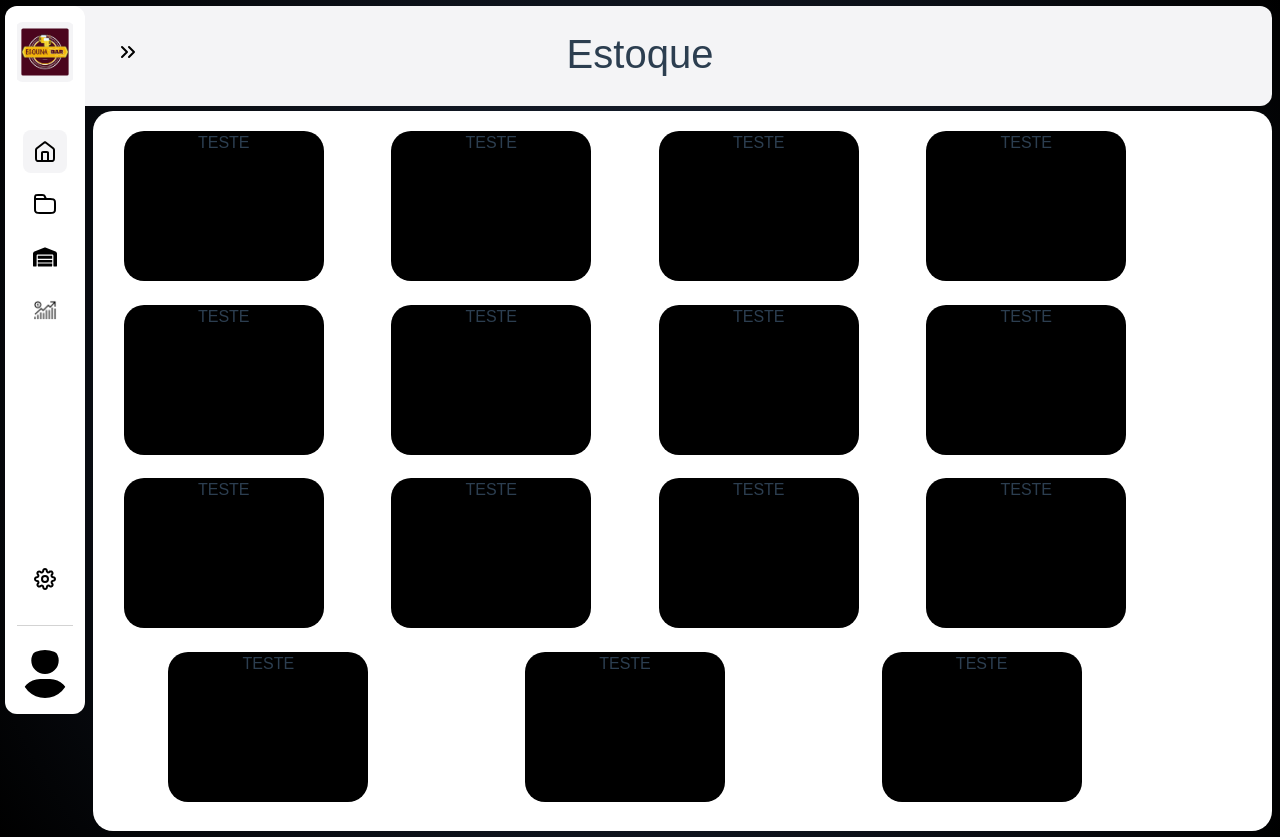
Repository: jazaoo13/Projeto_Oficina_Integracao
Page: / (app in Aplicacao_vue/)
An editor plug-in stored every save of this project. The page is shown before and after the next save, followed by the edit.
The browser window is 1280 px wide. The page is 1280 px wide, then 1287 px, so the pictures cover 1287 px, including what lies to the right of the window. The pictures show the whole page.
The page's requests for data from a server got no answer. The project was rebuilt for these pictures with package versions that can differ from the ones it lists, and the page was loaded fresh each time. No one was signed in, and anything a server would have sent is missing. Also part of the build but not shown: Aplicacao_vue/vue.config.js, Aplicacao_vue/src/View/jazao.vue.

Above is the page before, as saved 2023-11-19 17:12:57.

### Aplicacao_vue/public/index.html
<!DOCTYPE html>
<html lang="">
  <head>
    <meta charset="utf-8">
    <meta name="viewport" content="width=device-width, initial-scale=1">
    <meta http-equiv="X-UA-Compatible" content="IE=edge">
    <meta name="viewport" content="width=device-width,initial-scale=1.0">
    <link rel="icon" href="<%= BASE_URL %>favicon.ico">
    <link href="https://cdn.jsdelivr.net/npm/bootstrap@5.3.2/dist/css/bootstrap.min.css" rel="stylesheet" integrity="sha384-T3c6CoIi6uLrA9TneNEoa7RxnatzjcDSCmG1MXxSR1GAsXEV/Dwwykc2MPK8M2HN" crossorigin="anonymous">
    <title>Controle de Bebidas</title>
  </head>
  <body>
    <script src="https://cdn.jsdelivr.net/npm/bootstrap@5.3.2/dist/js/bootstrap.bundle.min.js" integrity="sha384-C6RzsynM9kWDrMNeT87bh95OGNyZPhcTNXj1NW7RuBCsyN/o0jlpcV8Qyq46cDfL" crossorigin="anonymous"></script>
    <div id="app"></div>
    <!-- built files will be auto injected -->
  </body>
</html>

### Aplicacao_vue/src/main.js
import Vue from 'vue'
import App from './App.vue'
import {BootstrapVue, IconsPlugin} from 'bootstrap-vue';
import 'font-awesome/css/font-awesome.css';
import 'bootstrap-vue/dist/bootstrap-vue.css'
import 'bootstrap/dist/css/bootstrap.css'
import router from './router'
import Vuex from 'vuex'
import store from './store'

Vue.config.productionTip = false
Vue.use(BootstrapVue);
Vue.use(IconsPlugin);
Vue.use(Vuex);

new Vue({
  router,
  store,
  render: h => h(App)
}).$mount('#app')

### Aplicacao_vue/src/App.vue
<template>
  <div id="app">
    <router-view/>
  </div>
</template>

<style lang="scss">
#app {
  font-family: Avenir, Helvetica, Arial, sans-serif;
  -webkit-font-smoothing: antialiased;
  -moz-osx-font-smoothing: grayscale;
  text-align: center;
  color: #2c3e50;
}

nav {
  padding: 30px;

  a {
    font-weight: bold;
    color: #2c3e50;

    &.router-link-exact-active {
      color: #42b983;
    }
  }
}
html, body {
  height: 100%;
  margin: 0;
}
</style>

### Aplicacao_vue/src/router/index.js
import Vue from 'vue'
import VueRouter from 'vue-router'
import Home from '../View/Home.vue'
import jazao_component from '../View/jazao.vue'
Vue.use(VueRouter)

const routes = [
  {
    path: '/',
    name: 'home',
    component: Home
  },
  {
    path: '/jazao',
    name: 'Jazao',
    component: jazao_component
    //component: () => import(/* webpackChunkName: "about" */ '../View/HomeTeste.vue')
  },

]

const router = new VueRouter({
  mode: 'history',
  base: process.env.BASE_URL,
  routes
})

export default router

### Aplicacao_vue/src/store.js
import Vue from 'vue'
import Vuex from 'vuex'

Vue.use(Vuex)

const store = new Vuex.Store({
    data(){
        return{
            isActive: false
        }
    },
    state: {
        count: 0,
        isActive: false
    },
    mutations: {
        increment(state) {
            state.count++
        },
        setIsActive(state){
            state.isActive = !state.isActive
        }
    },

})
export default store

### Aplicacao_vue/src/View/Home.vue
<template>
    <div class="bodyClass">
        <div class="container-fluid">
            <div class="row">
                <Sidebar></Sidebar>
            </div>
            <div class="content-container">
                <HeaderPage></HeaderPage>
                <EstoqueView></EstoqueView>
            </div>
        </div>
    </div>
</template>

<script>
import axios from 'axios';
import Sidebar from './Sidebar.vue';
import HeaderPage from './Header.vue'
import EstoqueView from '../components/EstoqueView.vue'
export default {
    name: 'HomePage',
    components: {
        Sidebar,
        HeaderPage,
        EstoqueView
    },
    data() {
        return {
            lstApi: '',
        };
    },
    methods: {
        chamar_api() {
            let url = 'https://catfact.ninja/fact';
            axios
                .get(url, {

                })
                .then((resposta) => {
                    this.lstApi = resposta
                })
                .catch((erro) => console.log(erro));
        },
    },
    mounted() {
        this.chamar_api()
    },
};
</script>

<style lang="scss" scoped>
.bodyClass {
    background: radial-gradient(circle at 50% 50%, #192233 20%, #000);
    padding: 0.375rem;
    font-family: Poppins, sans-serif;
    display: flex;
    height: 100%;
}
.container-fluid {
  flex: 1;
  height: 100%;
  display: flex;
  flex-direction: column;
  padding-right: 2px;
  padding-left: 2px;
}
.row {
  display: flex;
  flex: 1;
}
.content-container {
  display: flex;
  flex-direction: column;
  flex: 1500;
}
</style>

### Aplicacao_vue/src/View/Sidebar.vue
<template>
    <div>
        <nav class="sideBar" :class="{ 'isActive': this.$store.state.isActive }">
            <div class="sidebar-header" :class="{ 'isActive': this.$store.state.isActive }">
                <a class="logo-wrapper">
                    <img src="@/assets/logo_esquina.png" alt="Logo" :class="{ 'isActive': this.$store.state.isActive }">
                    <h2 :class="{ 'isActive': this.$store.state.isActive }">Bar da Esquina</h2>
                </a>
                <button class="toggle-btn" @click="toggle()">
                    <img src="../assets/expand.svg" alt="expand button">
                </button>
            </div>

            <div class="sidebar-links" :class="{ 'isActive': this.$store.state.isActive }">
                <a class="link active">
                    <img src="../assets/home.svg" alt="">
                    <span :class="{ 'isActive': this.$store.state.isActive }">Home</span>
                </a>
                <a class="link">
                    <img src="../assets/projects.svg" alt="">
                    <span :class="{ 'isActive': this.$store.state.isActive }">Cadastro</span>
                </a>
                <a class="link">
                    <img src="../assets/estoque.svg" alt="">
                    <span :class="{ 'isActive': this.$store.state.isActive }">Estoque</span>
                </a>
                <a class="link">
                    <img src="../assets/vendas.png" alt="">
                    <span :class="{ 'isActive': this.$store.state.isActive }">Vendas</span>
                </a>
            </div>


            <div class="sidebar-bottom" :class="{ 'isActive': this.$store.state.isActive }">
                <div class="sidebar-links" :class="{ 'isActive': this.$store.state.isActive }">
                    <a class="link">
                        <img src="../assets/settings.svg" alt="">
                        <span :class="{ 'isActive': this.$store.state.isActive }">Configurações</span>
                    </a>
                </div>

                <div class="user-profile" :class="{ 'isActive': this.$store.state.isActive }">
                    <div class="user-avatar">
                        <img src="../assets/user.svg" alt="">
                    </div>
                    <div class="user-details" :class="{ 'isActive': this.$store.state.isActive }">
                        <p class="username">Usuario</p>
                        <p class="user-email">email@gmail.com</p>
                    </div>
                </div>
            </div>
        </nav>
    </div>
</template>

<script>
import { mapState } from 'vuex'
export default {
    name: "SiderBar",
    components: {
    },
    data() {
        return {
            //isActive:false,
            // imagens:{
            //     imagem1: url=''
            // }
            //array de objetos para os botoes laterais
        }
    },
    methods: {
        Abre_Cadastro() {

        },
        computed: {
            ...mapState(['isActive'])

        },
        toggle() {
            this.$store.commit('setIsActive');

            const toggleBtn = document.querySelector(".toggle-btn");
            toggleBtn.style.transform = this.$store.state.isActive ? "rotate(180deg)" : "rotate(0deg)";
        },
    },
    mounted() {

    },
}
</script>


<style lang="scss">
*,
*::before,
*::after {
    margin: 0;
    padding: 0;
    box-sizing: border-box;
}

button,
a {
    all: unset;
    font: inherit;
    cursor: pointer;
    text-decoration: none !important;
}

a:hover {
    color: inherit !important;
}

.sideBar {
    position: fixed;
    width: 5rem;
    height: calc(100% - 0.75rem);
    background-color: #ffffff;
    padding: 1rem 0.75rem;
    border-radius: 0.75rem;
    display: flex;
    flex-direction: column;
    transition: width 500ms ease;

    &.isActive {
        width: 15rem;
    }
}

h2 {
    display: none;

    &.isActive {
        display: inline;
        font-size: 1.5rem;
    }
}

.sidebar-header,
.sidebar-links {
    display: flex;
    justify-content: center;
    align-items: center;
    overflow: hidden;
    flex-direction: column;
    &.isActive {
        justify-content: start;
        align-items: stretch;
    }
}
.sidebar-links {
    flex-direction: column;
    margin-bottom: auto;
    gap: 0.6rem;
    padding-bottom: 1.5rem;
    padding-top: 1.5rem;
}
.sidebar-header {
    margin-bottom: 1.5rem;
    &.isActive {
        justify-content: start;
        align-items: stretch;
    }
}

.logo-wrapper {
    display: flex;
    justify-content: start;
    align-items: center;
    gap: 1.25rem;
    text-decoration: none !important;
}

a.logo-wrapper:hover {
    color: inherit !important;
}

.logo-wrapper>img {
    width: 60px;
    height: 60px;
    background-color: #f4f4f6;
    padding: 0.4rem;
    border-radius: 0.5rem;

    &.isActive {
        width: 100px;
        height: 100px;
    }
}

.sideBar.sidebar-links {
    border-top: 1px solid rgb(211, 211, 211);
}

.link {
    display: flex;
    padding: 0.6rem;
    border-radius: 0.5rem;
    gap: 1.5rem;
}

span {
    display: none;

    &.isActive {
        display: inline;
    }
}

.link:hover,
.link.active:hover {
    background-color: #e4e4e8;
}

.link.active {
    background-color: #f4f4f6;
}

.link>img {
    width: 24px;
    height: 24px;
}

.sidebar-bottom .sidebar-links {
    padding-bottom: 1.5rem;
}

.toggle-btn {
    position: absolute;
    top: 26px;
    right: -63px;
    padding: 0.5rem;
    background-color:var(--bs-heading-color);
    border-radius: 50%;
    display: flex;
    justify-content: center;
    align-items: center;
    transition: transform 0.25s ease;
}

.user-profile {
    display: flex;
    justify-content: center;
    align-items: center;
    gap: 1.5rem;
    padding-top: 1.5rem;
    border-top: 1px solid rgb(211, 211, 211);

    &.isActive {
        justify-content: start;
        align-items: stretch;
    }
}

.user-avatar {
    width: 48px;
    height: 48px;
    cursor: pointer;
    transition: scale 0.2s ease;
}

.user-avatar img {
    width: 100%;
    height: 100%;
    border-radius: 50%;
    object-fit: cover;
}

.user-avatar:hover {
    scale: 1.1;
}

.user-details {
    align-self: center;
    overflow: hidden;
    display: none;

    .username {
        font-size: 0.85rem;
        font-weight: 600;
    }

    .user-email {
        font-size: 0.8rem;
    }

    &.isActive {
        display: inline;
    }

}</style>

### Aplicacao_vue/src/View/Header.vue
<template>
    <div>
        <div class="header" :class="{ 'isActive': this.$store.state.isActive }">
        <h1 class="titulo">Estoque</h1>
        </div>
    </div>
</template>

<script>
import { mapState } from 'vuex'
export default {
    name: "HeaderPage",
    data() {
        return {
            //isActive: false,
        }
    },
    computed: {
        ...mapState(['isActive'])

    },
}
</script>

<style lang="scss" scoped>
.header {
    //width: calc(100% - 85px);
    background-color: #f4f4f6;
    border-radius: 0.75rem;
    height: 100px;
    margin-left:auto;
    transition: width 500ms ease ;
    &.isActive{
        //width:calc(100% - 245px);
        transition: width 500ms ease ;
    }
}
.titulo{
    height: 100%;
    padding-top: 1.5rem;
}

// .header{

// }
</style>

### Aplicacao_vue/src/components/EstoqueView.vue
<template>
    <div class="fundo">
        <div class="row" :class="{ 'isActive': this.$store.state.isActive }">
            <ul class="listaItens">
                <li class="items">TESTE</li>
                <li class="items">TESTE</li>
                <li class="items">TESTE</li>
                <li class="items">TESTE</li>
                <li class="items">TESTE</li>
                <li class="items">TESTE</li>
                <li class="items">TESTE</li>
                <li class="items">TESTE</li>
                <li class="items">TESTE</li>
                <li class="items">TESTE</li>
                <li class="items">TESTE</li>
                <li class="items">TESTE</li>
                <li class="items">TESTE</li>
                <li class="items">TESTE</li>
                <li class="items">TESTE</li>
                <!-- <li class="items">TESTE</li>
                <li class="items">TESTE</li>
                <li class="items">TESTE</li> -->
            </ul>
        </div>
    </div>
</template>

<script>

import { mapState } from 'vuex'
export default {
    name: "EstoqueView",
    methods: {
        computed: {
            ...mapState(['isActive'])
        }
    },
}
</script>

<style lang="scss" scoped>
.row {
    width: calc(100% - 85px);
    height: calc(100% - 10px);
    transition: width 500ms ease;
    &.isActive {
        width: calc(100% - 245px);
        transition: width 500ms ease;
    }
}
.fundo{
    background-color: #ffffff;
    width: calc(100% - 85px);
    margin-left: auto;
    border-radius: 20px;
    margin-top: 5px;
    margin-right: 0px;
    height: 100vh;
    transition: width 500ms ease;

    &.isActive {
        width: calc(100% - 245px);
        transition: width 500ms ease;
    }
}

.items {
    background-color: black;
    //padding: 80px 100px;
    width:200px;
    height: 150px;
    margin: 20px 10px 0px;
    border-radius: 20px;
    list-style-type: none;
}

.listaItens {
    display: flex;
    flex-direction: row;
    flex-wrap: wrap;
    justify-content: space-around;
}</style>

After the next save:
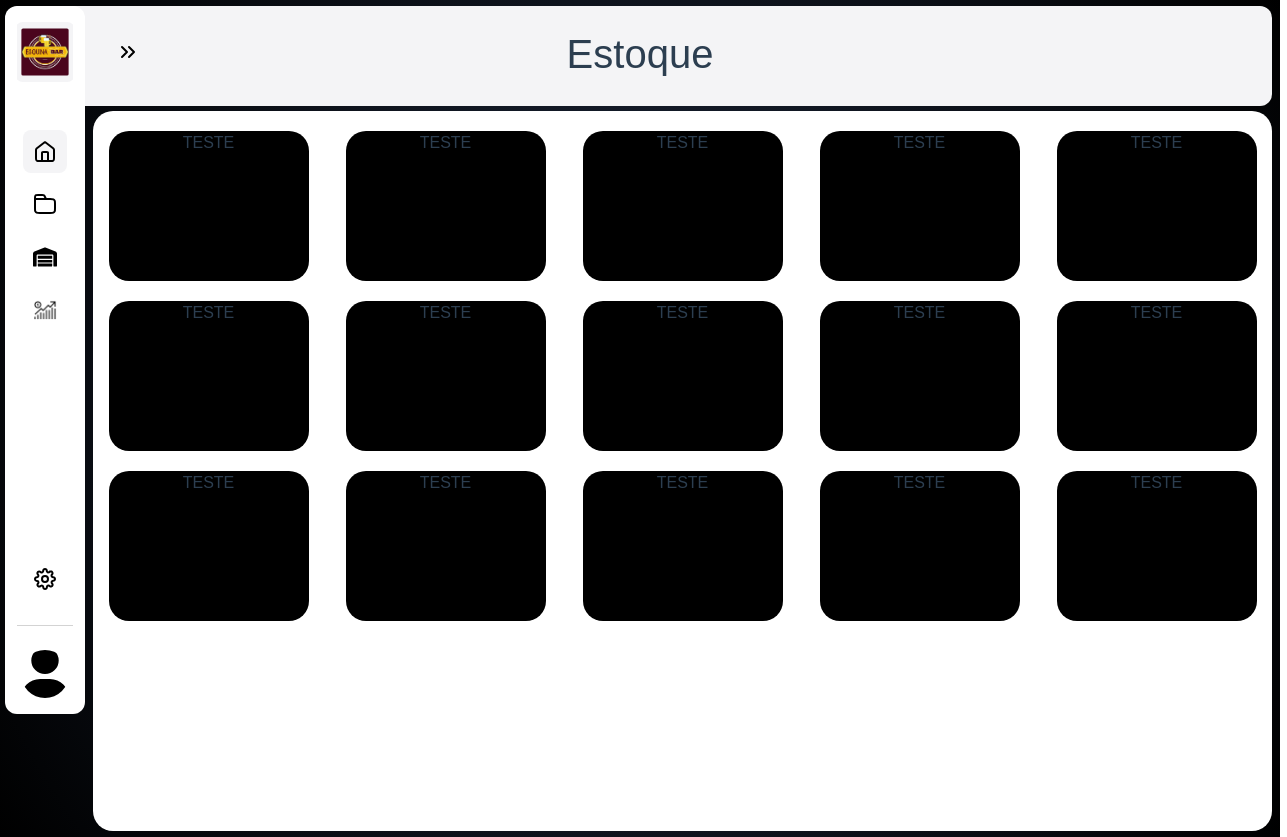
Saved 69 s later.
--- a/Aplicacao_vue/src/components/EstoqueView.vue
+++ b/Aplicacao_vue/src/components/EstoqueView.vue
@@ -40,13 +40,13 @@ export default {
 
 <style lang="scss" scoped>
 .row {
-    width: calc(100% - 85px);
-    height: calc(100% - 10px);
-    transition: width 500ms ease;
-    &.isActive {
-        width: calc(100% - 245px);
-        transition: width 500ms ease;
-    }
+    // width: calc(100% - 85px);
+    // height: calc(100% - 10px);
+    // transition: width 500ms ease;
+    // &.isActive {
+    //     width: calc(100% - 245px);
+    //     transition: width 500ms ease;
+    // }
 }
 .fundo{
     background-color: #ffffff;
